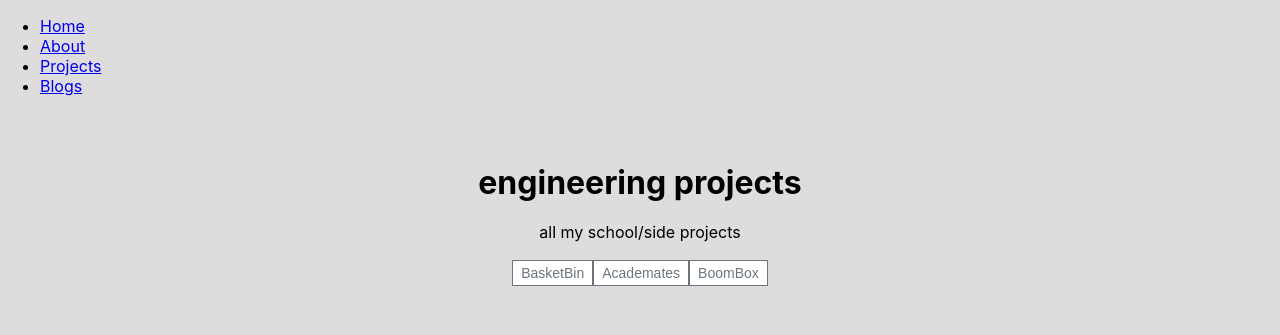
Repository: nicholaschen09/personalWebsite
Page: /projects/engineering
The author's editor kept a copy of each file at every save. The page is drawn from the files as they stood at one save, then again after the next save.
The browser window is 1280 px wide. The pictures show the whole page.
The project was rebuilt for these pictures with package versions that can differ from the ones it lists, and the page was loaded fresh each time. Also part of the build but not shown: src/components/About.css, src/components/About.js, src/components/Home.js, src/components/Projects.css, src/components/Projects.js, src/components/Blog.css, src/components/Blog.js, src/components/Miscellaneous.css and 4 more.

Above is the page before, as saved 2024-08-10 11:00:20.

### src/App.js
import React from 'react';
import { BrowserRouter as Router, Route, Routes, Link } from 'react-router-dom';
import About from './components/About.js';
import Home from './components/Home.js';
import Projects from './components/Projects.js';
import Blog from './components/Blog.js';
import Miscellaneous from './components/Miscellaneous.js';
import Design from './components/Design.js';
import Engineering from './components/Engineering.js';
import BasketBin from './components/BasketBin';

function App() {
  return (
    <Router>
      <div>
        <nav>
          <ul>
            <li>
              <Link to="/">Home</Link>
            </li>
            <li>
              <Link to="/about">About</Link>
            </li>
            <li>
              <Link to="/projects">Projects</Link>
            </li>
            <li>
              <Link to="/blogs">Blogs</Link>
            </li>
          </ul>
        </nav>

        <Routes>
          <Route path="/about" element={<About />} />
          <Route path="/" element={<Home />} />
          <Route path="/projects" element={<Projects />} />
          <Route path="/blogs" element={<Blog />} />
          <Route path="/projects/miscellaneous" element={<Miscellaneous />} />
          <Route path="/projects/design" element={<Design />} />
          <Route path="/projects/engineering" element={<Engineering />} />
          <Route path="/projects/basketbin" element={<BasketBin />} />
        </Routes>
      </div>
    </Router>
  );
}

export default App;

### src/components/Engineering.js
import React from 'react';
import { Link } from 'react-router-dom';
import './Engineering.css'; // Ensure you have this CSS file in your project

const Engineering = () => {
    return (
        <div className="engineering">
            <h1>engineering projects</h1>
            <p>all my school/side projects</p>
            <div className="projects-container">
                <Link to="/engineering/BasketBin"><button>BasketBin</button></Link>
                <Link to="/engineering/Academates"><button>Academates</button></Link>
                <Link to="/engineering/BoomBox"><button>BoomBox</button></Link>
            </div>
        </div>
    );
};

export default Engineering;

### src/components/Home.css
/* src/components/Home/Home.css */
.home {
    text-align: center;
    padding: 100px;
    width: 700px;
    margin-left: auto;
    margin-right: auto;
}

body {
    background-color: rgb(222, 220, 220);
}

.DinnerImage {
    width: 70%;
    height: 70%;
    margin-left: auto;
    margin-right: auto;
    display: block;
}
p {
    line-height: 1;
}

### src/components/Engineering.css
.engineering {
    text-align: center;
    padding: 30px;
}

.projects-container {
    display: flex;
    align-items: center;
    flex-direction: row;
    justify-content: center;
    padding: 0;
    margin: 20px;
}

.engineering button {
    border: 1px solid #6c757d; /* Grey border */
    padding: 4px 8px; /* Smaller padding */
    background-color: #fff; /* White background */
    color: #6c757d; /* Grey text */
    cursor: pointer;
    font-size: 14px; /* Smaller font size */
    transition: background-color 0.3s, color 0.3s;
}

.engineering button:hover {
    background-color: #6c757d; /* Grey background on hover */
    color: #fff; /* White text on hover */
}

Loaded but not shown: public/index.html (common file); src/index.js (common file); src/index.css (common file); src/reportWebVitals.js (common file); src/components/BasketBin.css (no stored copy; drawn as an empty file)

After the next save:
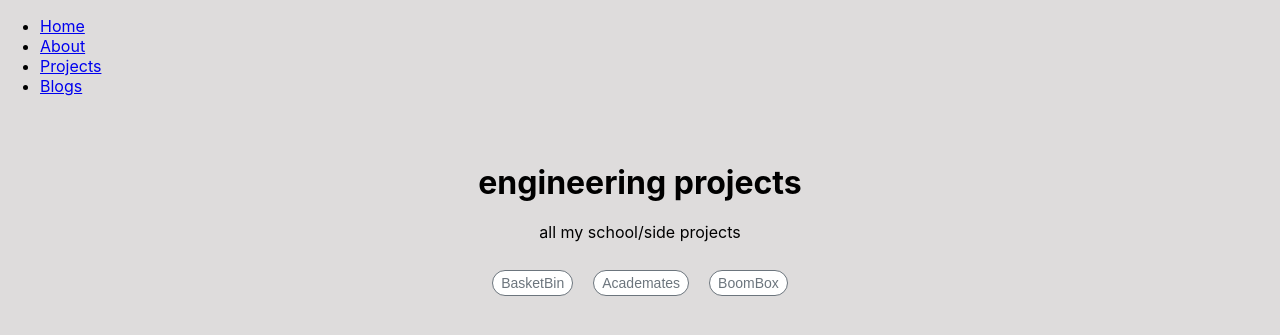
Saved 21 s later.
--- a/src/components/Engineering.css
+++ b/src/components/Engineering.css
@@ -20,6 +20,8 @@
     cursor: pointer;
     font-size: 14px; /* Smaller font size */
     transition: background-color 0.3s, color 0.3s;
+    border-radius: 20px; /* Rounded corners */
+    margin: 10px; /* Spacing between buttons */
 }
 
 .engineering button:hover {
